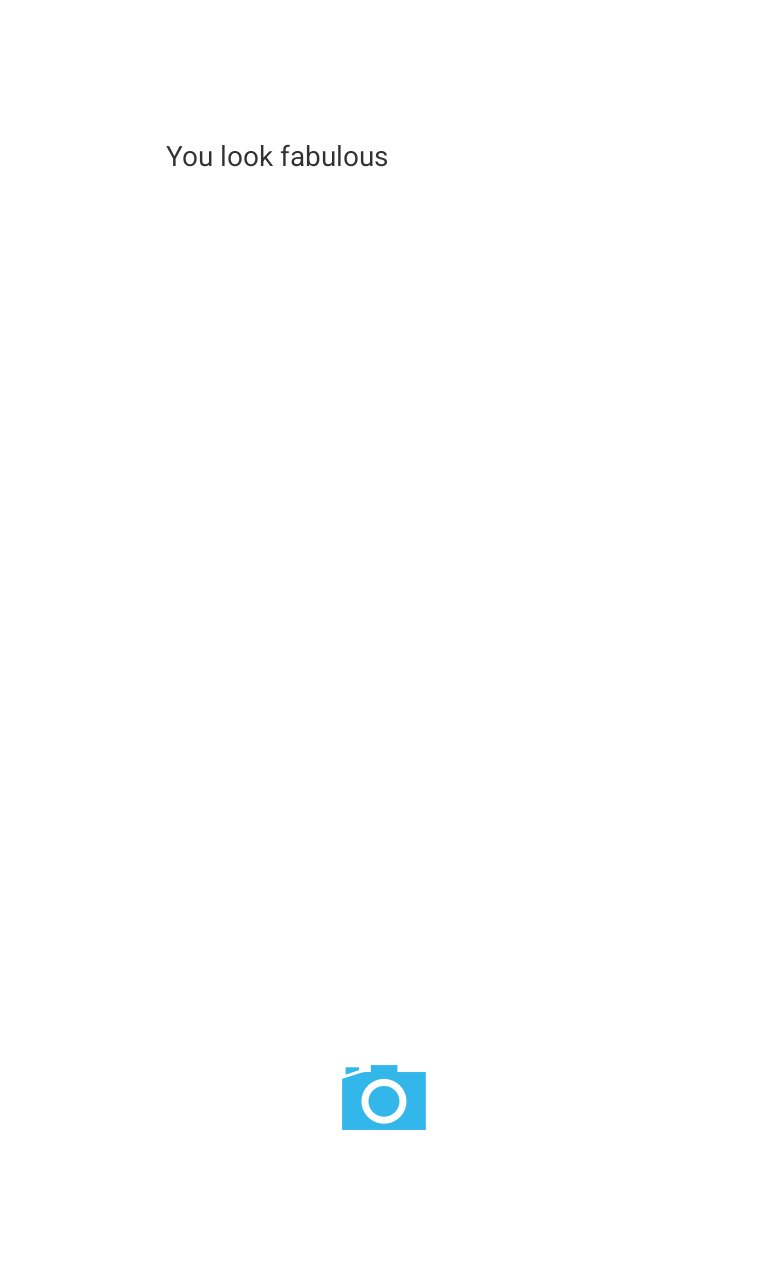
Repository: rtyanas/MyPics
Layout: workspace/MyPic/res/layout/activity_main.xml
The author's editor kept a copy of each file at every save. The layout is drawn from the files as they stood at one save, then again after the next save.
It is drawn on a 768 x 1280 px phone screen (xhdpi) without system bars, with theme AppTheme; the app's code is not run.

Above is the layout before, as saved 2013-12-16 16:18:29.

### workspace/MyPic/res/layout/activity_main.xml
<RelativeLayout xmlns:android="http://schemas.android.com/apk/res/android"
    xmlns:tools="http://schemas.android.com/tools"
    android:id="@+id/main_layout"
    android:layout_width="match_parent"
    android:layout_height="match_parent"
    android:gravity="fill_vertical"
    android:paddingBottom="@dimen/activity_vertical_margin"
    android:paddingLeft="@dimen/activity_horizontal_margin"
    android:paddingRight="@dimen/activity_horizontal_margin"
    android:paddingTop="@dimen/activity_vertical_margin"
    tools:context=".MainActivity" >

    <RelativeLayout
        android:id="@+id/relativeLayout2"
        android:layout_width="wrap_content"
        android:layout_height="wrap_content"
        android:layout_marginLeft="67dp"
        android:layout_marginTop="52dp"
        android:gravity="top|bottom" >

        <TextView
            android:id="@+id/message_data"
            android:layout_width="wrap_content"
            android:layout_height="wrap_content"
            android:text="@string/fabulous" />

    </RelativeLayout>

    <LinearLayout
        android:layout_width="wrap_content"
        android:layout_height="wrap_content"
        android:layout_alignParentBottom="true"
        android:layout_centerHorizontal="true"
        android:layout_marginBottom="51dp"
        android:gravity="right" >

        <ImageView
            android:id="@+id/mypic"
            android:layout_width="wrap_content"
            android:layout_height="wrap_content"
            android:contentDescription="@string/my_pic_image"
            android:src="@drawable/ic_launcher" />

    </LinearLayout>

</RelativeLayout>

### workspace/MyPic/res/values/strings.xml
<?xml version="1.0" encoding="utf-8"?>
<resources>

    <string name="app_name">MyPic</string>
    <string name="action_settings">Settings</string>
    <string name="hello_world">Hello world!</string>
    <string name="fabulous">You look fabulous</string>
    <string name="my_pic_image">myPic Image</string>
    <string name="get_image">Get Image</string>
    <string name="title_activity_get_image">GetImageActivity</string>

</resources>

Loaded but not shown: workspace/MyPic/res/values/styles.xml (common file); workspace/MyPic/res/values-v11/styles.xml (common file); workspace/MyPic/res/values-v14/styles.xml (common file); workspace/MyPic/res/values/dimens.xml (common file)

After the next save:
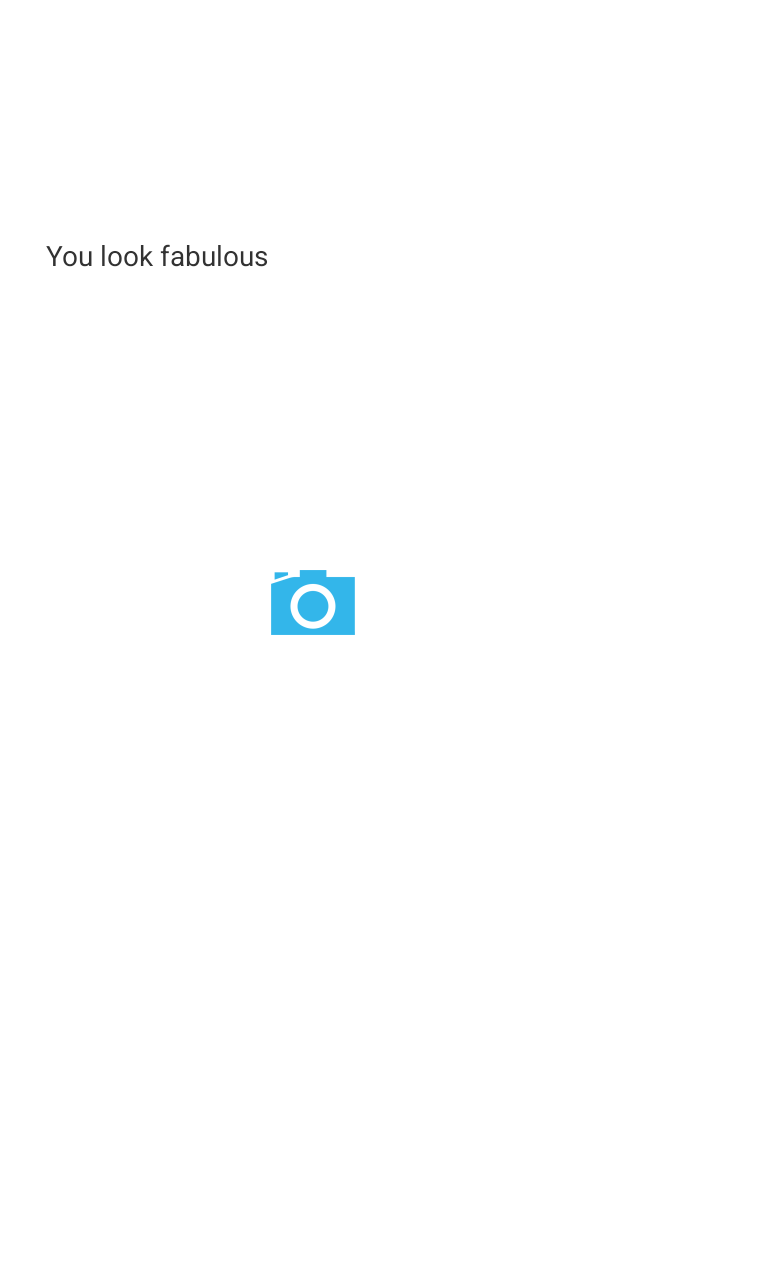
Saved 7 min 57 s later.
--- a/workspace/MyPic/res/layout/activity_main.xml
+++ b/workspace/MyPic/res/layout/activity_main.xml
@@ -10,37 +10,40 @@
     android:paddingTop="@dimen/activity_vertical_margin"
     tools:context=".MainActivity" >
 
-    <RelativeLayout
-        android:id="@+id/relativeLayout2"
+    <LinearLayout
+        android:id="@+id/linearLayout1"
         android:layout_width="wrap_content"
         android:layout_height="wrap_content"
-        android:layout_marginLeft="67dp"
-        android:layout_marginTop="52dp"
-        android:gravity="top|bottom" >
+        android:layout_alignRight="@+id/linearLayout2"
+        android:layout_centerVertical="true"
+        android:layout_marginRight="94dp"
+        android:orientation="vertical" >
 
         <TextView
             android:id="@+id/message_data"
             android:layout_width="wrap_content"
             android:layout_height="wrap_content"
+            android:layout_marginRight="23dp"
+            android:layout_marginTop="102dp"
             android:text="@string/fabulous" />
-
-    </RelativeLayout>
+    </LinearLayout>
 
     <LinearLayout
+        android:id="@+id/linearLayout2"
         android:layout_width="wrap_content"
         android:layout_height="wrap_content"
         android:layout_alignParentBottom="true"
         android:layout_centerHorizontal="true"
-        android:layout_marginBottom="51dp"
-        android:gravity="right" >
+        android:layout_marginBottom="55dp"
+        android:orientation="vertical" >
 
         <ImageView
             android:id="@+id/mypic"
             android:layout_width="wrap_content"
             android:layout_height="wrap_content"
+            android:layout_marginRight="71dp"
             android:contentDescription="@string/my_pic_image"
             android:src="@drawable/ic_launcher" />
-
     </LinearLayout>
 
 </RelativeLayout>
